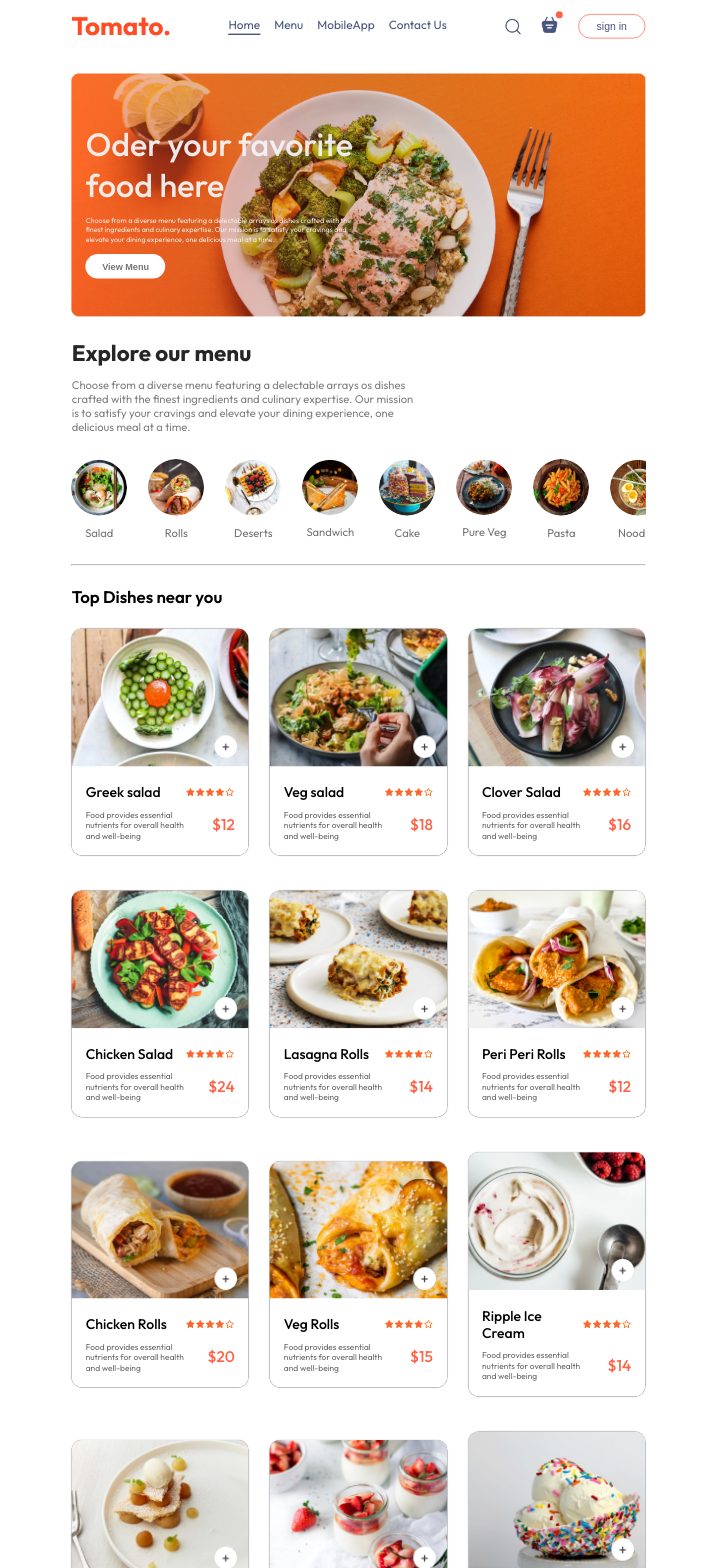
Repository: guilhermecardoso93/tomato-front-end
Page: /
An editor plug-in stored every save of this project. The page is shown before and after the next save, followed by the edit.
The browser window is 1024 px wide. The pictures show the part of the page from y = 0 to 2240 px (the page is 5856 px tall before and 5897 px after), at 70% of full size.
The project was rebuilt for these pictures with package versions that can differ from the ones it lists, and the page was loaded fresh each time. Also part of the build but not shown: vite.config.js, src/pages/Cart/styles.css, src/pages/Cart/index.jsx, src/pages/PlaceOrder/styles.css, src/pages/PlaceOrder/index.jsx.

Above is the page before, as saved 2024-10-31 19:26:13.

After the next save:
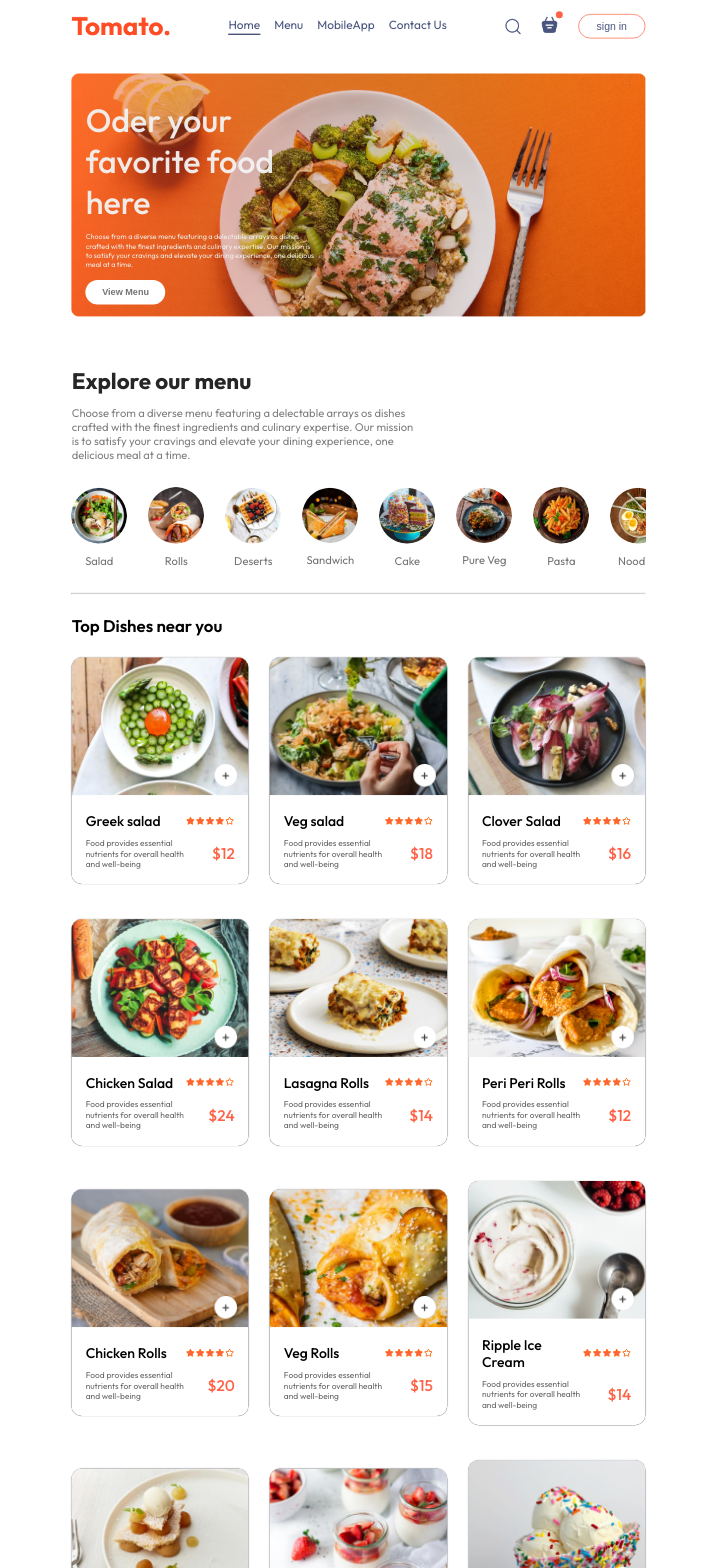
Saved 27 s later.
--- a/src/components/Header/styles.css
+++ b/src/components/Header/styles.css
@@ -45,7 +45,11 @@
 }
 
 @media (max-width:1050px) {
-  header{
+  .header {
     height: 38vw;
   }
+
+  .header-container {
+    max-width: 45%;
+  }
 }
